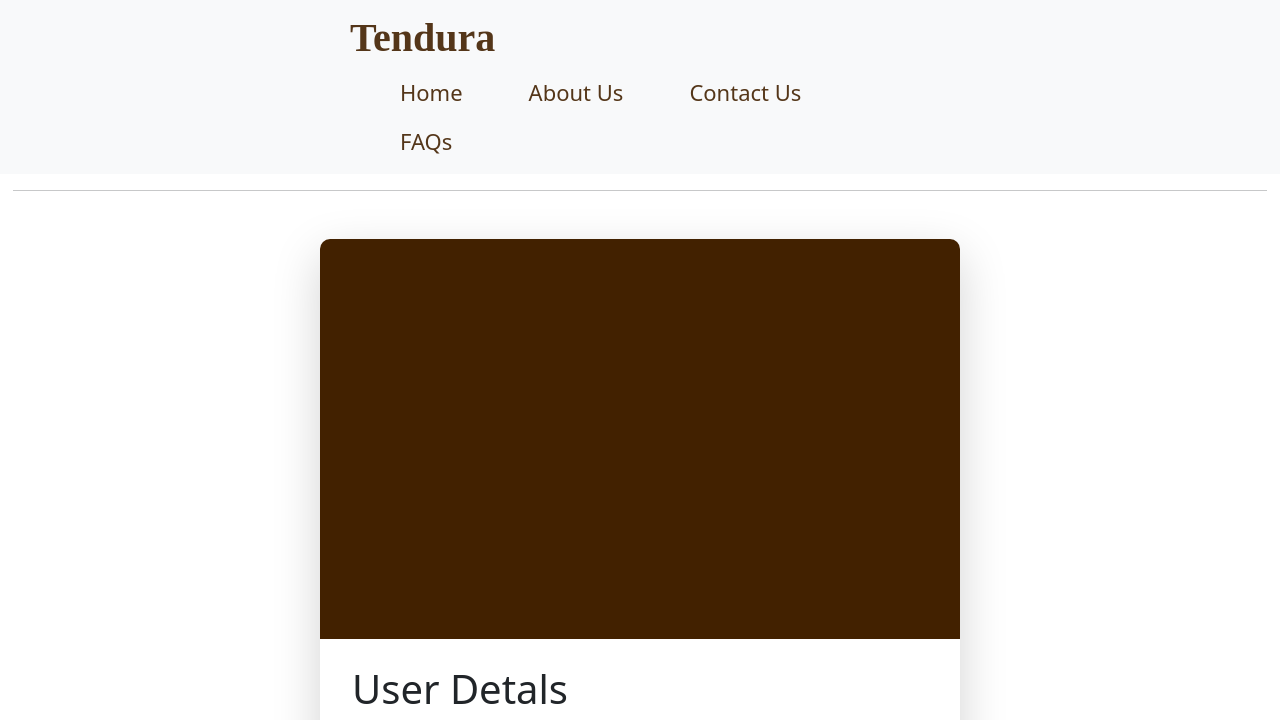
Repository: Starboy117/OOP-Project
Page: http://localhost/Online_Hotel_Reservation_System/userProfile.jsp
These files come from the project's save history. The page is drawn as it stood at one moment and after the next save; the edit follows.
The browser window is 1280 px wide. The pictures show the whole page.
An inner scrolling area shows only its first screen. The page is served by Tomcat 9. The session is filled in as if someone had signed in: {"userId": 1, "name": "Test User", "userDetails": "testuser"}. Other server files are loaded and not shown.

Above is the page before, as saved 2025-05-07 14:48:16.

### Online_Hotel_Reservation_System/src/main/webapp/userProfile.jsp
<!DOCTYPE html>
<%@ taglib uri="http://java.sun.com/jsp/jstl/core" prefix="c" %>

<%

	Integer id = (Integer) session.getAttribute("userId");
	if(id == null){

		response.sendRedirect("Login.jsp");
		return;
	}
%>
<c:set var="id" value="${sessionScope.userId}" />
<c:if test="${empty id}">
    <p>error</p>
</c:if>

<html>
    <head>
        <meta charset="UTF-8" />
        <meta name="viewport" content="width=device-width, initial-scale=1.0" />
        <title>Tendura</title>
        <link rel="icon" href="Images/Tendura 1.png" type="image/png" />
        <link href="https://cdn.jsdelivr.net/npm/bootstrap@5.0.2/dist/css/bootstrap.min.css" rel="stylesheet" />
        <link href="https://cdn.jsdelivr.net/npm/bootstrap-icons/font/bootstrap-icons.css" rel="stylesheet">
        <link href="css/userProfile.css" rel="stylesheet">
    </head>

    <body>
        <nav class="navbar custom navbar-light bg-light fixed-top" style="opacity: 90%;">
            <div class="logo1">
              <a href="Home.jsp" class="navbar-brand">
                <span class="fw-bold text-brown fs-1 text-s5">Tendura</span>
              </a>
            </div>
            <div class="tabs">
              <ul class="nav" style="margin: 0%;">
                <li class="nav-item">
                  <a class="nav-link custom" href="Home.jsp">Home</a>
                </li>
                <li class="nav-item">
                  <a class="nav-link custom" href="#">About Us</a>
                </li>
                <li class="nav-item">
                  <a class="nav-link custom" href="#">Contact Us</a>
                </li>
                <li class="nav-item">
                  <a class="nav-link custom" href="#">FAQs</a>
                </li>
              </ul>
            </div>
          </nav>
        <center>
          <hr style="width: 98%; border: 2px #422100;" class="mb-5">
        </center>

        <div class="profile-container shadow-lg">

          <div class="design1">

          </div>

          <form id="form1">

              <div class="form-container">
                <fieldset disabled id="fieldset1">
                  <legend class="fs-1">User Detals</legend><br>
                  <label class="fs-3">Name ${user.name}</label><br>
                  <input class="input1" type="text" value="${user.name}"><br><br>

                  <label class="fs-3">Username</label><br>
                  <input class="input1" type="text" value="${user.username}"><br><br>

                  <label class="fs-3">Email</label><br>
                  <input class="input1" type="email" value="${user.email}"><br><br>
                </fieldset>

                <button type="button" class="btn custom bg-brown btn-lg border-0" id="edit-btn" onclick="updateProfile();">Edit <i class="bi bi-pencil"></i></button>
                <button type="submit" class="btn-success btn-lg border-0" style="display: none;margin-bottom:50px;" id="update-btn">Update <i class="bi bi-arrow-clockwise"></i>
                </button>
                </div>

            </form>

              <br><br>
              <hr style="margin: auto;">
              <br><br>

          <form id="form2">

              <div class="form-container" style="padding-bottom:50px;">
                <fieldset disabled id="fieldset2">
                  <legend class="fs-1">Password</legend><br>
                  <label class="fs-3">Username</label><br>
                  <input class="input1" type="password" value="${user.password}"><br><br>

                  <label class="fs-3">Confirm Password</label><br>
                  <input class="input1" type="password" value="${user.password}"><br><br>
                </fieldset>

                <button type="button" class="btn custom bg-brown btn-lg border-0" id="cp-btn" onclick="changePass();">Change Password</button>
                <button type="submit" class="btn-success btn-lg border-0" style="margin-bottom:50px;display:none" id="cp-update-btn">Change Password</button>

              </div>

          </form>


        </div>

        <script src="js/userProfile.js"></script>
    </body>




</html>

### Online_Hotel_Reservation_System/src/main/webapp/css/userProfile.css
@font-face {
    font-family: 'Cinzel';
    src: url('Fonts/Cinzel-VariableFont_wght.ttf') format('truetype');
  }



  html, body {
    margin: 0;
    padding: 0;
    height: 100%;
    overflow-x: hidden;
  }




  .bg-brown {
    background-color: #422100;
    color: whitesmoke;
  }

  .text-brown {
    color: #422100;

  }

  .text-s5{

    font-family: 'Cinzil';
  }

  .navbar.custom{

    padding-left: 350px;
    padding-right: 350px;
    position: relative;
  }

  .logo1 {

    width: auto;
  }

  .tabs {
    margin-right: 50px;
    display: flex;
    align-items: center;
  }

  .nav-link.custom {
    color: #422100;
    font-size: 22px;
    font-weight: 400;
    padding-left: 50px;
  }

  .nav-link.custom:hover,
  .nav-link.custom.active {
    color: #d6ab5b;
  }

  .profile-container{

    height: auto;
    margin: auto;
    width: 50%;
    border-radius: 10px;
  }

  .design1{

    height: 400px;
    width: 100%;
    background-color: #422100;
    border-top-left-radius: 10px;
    border-top-right-radius: 10px;
  }

  .input1{

    margin-top: 20px;
    width: 100%;
    height: 50px;
    border: 1px solid #ccc;
}

.form-container{

  width: 90%;
  margin: auto;
  margin-top: 20px;

}

.btn.custom {
  margin-bottom: 50px;
}

### Online_Hotel_Reservation_System/src/main/webapp/js/userProfile.js

document.addEventListener('DOMContentLoaded', function() {
    function updateProfile() {
        document.getElementById("fieldset1").disabled = false;
        document.getElementById("edit-btn").style.display = "none";
        document.getElementById("update-btn").style.display = "block";
        const inputs = document.querySelectorAll("#form1 input");
        inputs.forEach(input => {
            input.style.border = "1px solid #6c6c6c";
        });
    }

    function changePass() {
        document.getElementById("fieldset2").disabled = false;
        document.getElementById("cp-btn").style.display = "none";
        document.getElementById("cp-update-btn").style.display = "block";
        const inputs = document.querySelectorAll("#form2 input");
        inputs.forEach(input => {
            input.style.border = "1px solid #6c6c6c";
        });
    }

    // Password visibility toggle
    const togglePassword = document.querySelector('#togglePassword');
    const toggleConfirmPassword = document.querySelector('#toggleConfirmPassword');
    const password = document.querySelector('#password');
    const confirmPassword = document.querySelector('#confirmPassword');

    if (togglePassword && password) {
        togglePassword.addEventListener('click', function() {
            // toggle the type attribute
            const type = password.getAttribute('type') === 'password' ? 'text' : 'password';
            password.setAttribute('type', type);

            // toggle the icon
            this.classList.toggle('bi-eye');
            this.classList.toggle('bi-eye-slash');
        });
    }

    if (toggleConfirmPassword && confirmPassword) {
        toggleConfirmPassword.addEventListener('click', function() {
            // toggle the type attribute
            const type = confirmPassword.getAttribute('type') === 'password' ? 'text' : 'password';
            confirmPassword.setAttribute('type', type);

            // toggle the icon
            this.classList.toggle('bi-eye');
            this.classList.toggle('bi-eye-slash');
        });
    }

    // Make functions available globally if needed
    window.updateProfile = updateProfile;
    window.changePass = changePass;
});

After the next save:
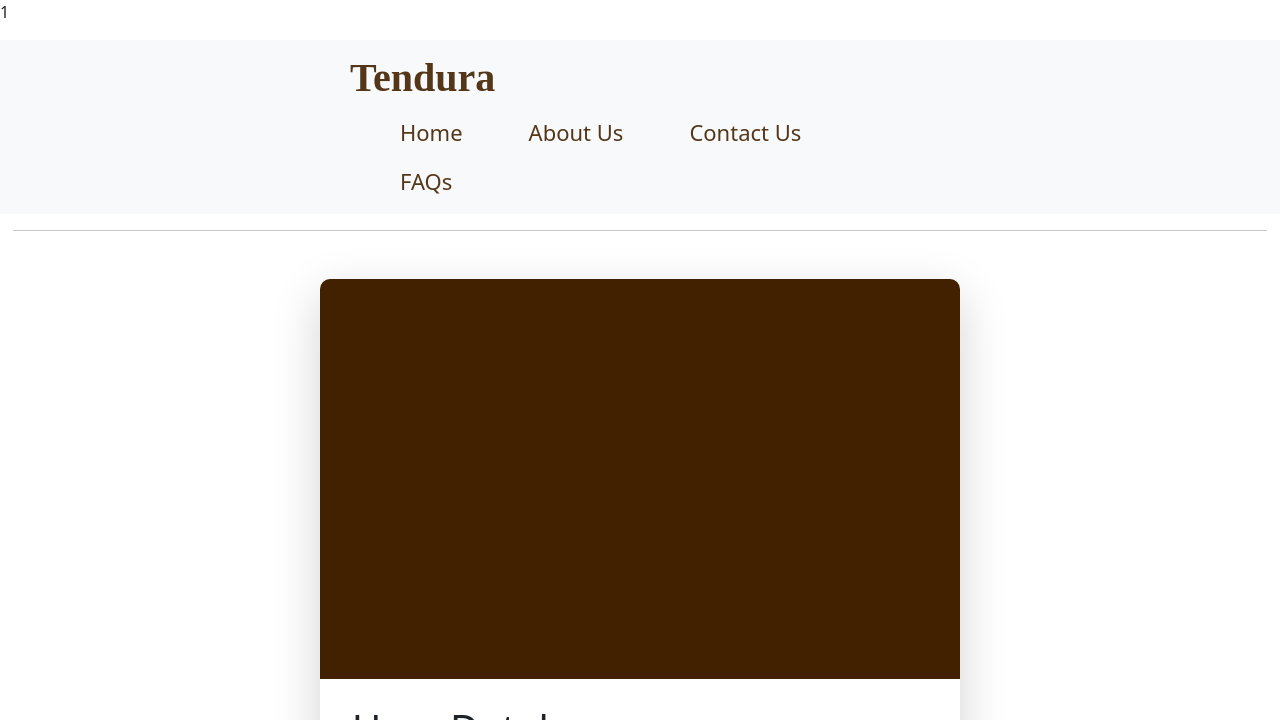
Saved 16 min 1 s later.
--- a/Online_Hotel_Reservation_System/src/main/webapp/userProfile.jsp
+++ b/Online_Hotel_Reservation_System/src/main/webapp/userProfile.jsp
@@ -11,8 +11,8 @@
 	}
 %>
 <c:set var="id" value="${sessionScope.userId}" />
-<c:if test="${empty id}">
-    <p>error</p>
+<c:if test="${not empty id}">
+    <p>${id}</p>
 </c:if>
 
 <html>
